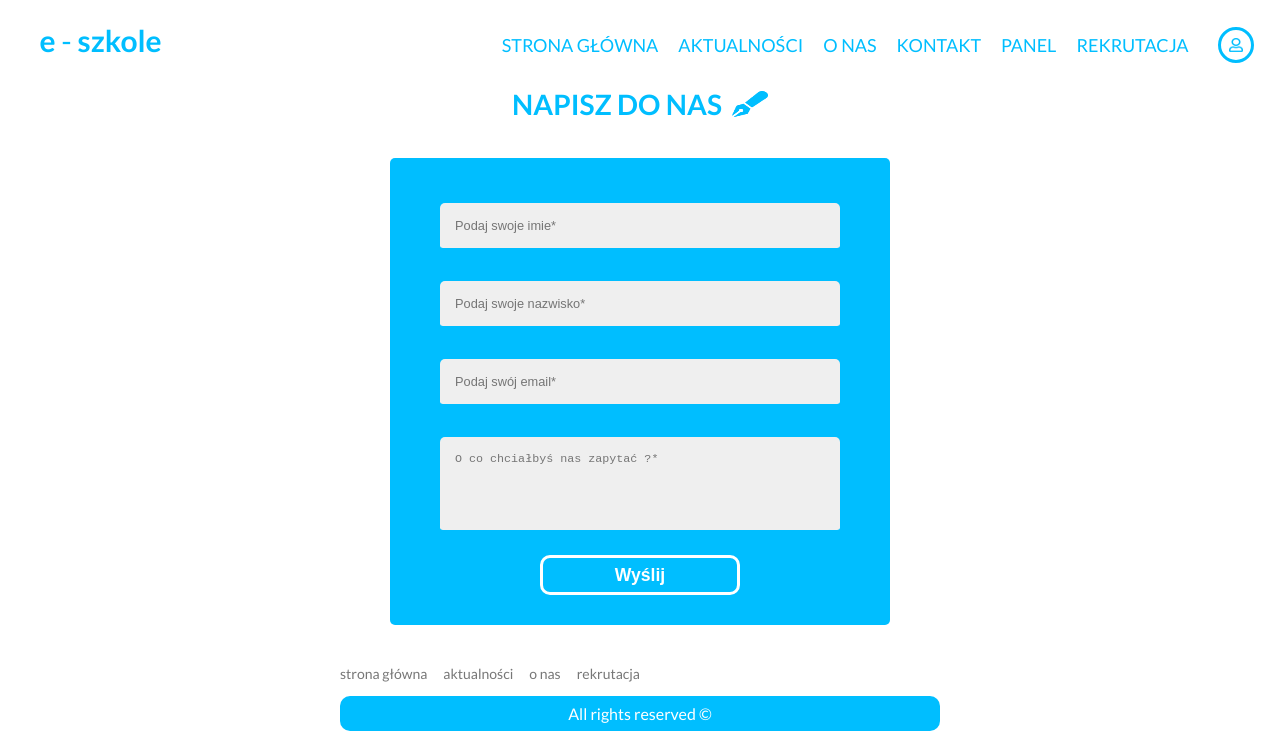
Repository: Votex874/e-szkole
Page: /kontakt (app in app/)
These files come from the project's save history. The page is drawn as it stood at one moment and after the next save; the edit follows.
The browser window is 1280 px wide. The pictures show the whole page.
The project was rebuilt for these pictures with package versions that can differ from the ones it lists, and the page was loaded fresh each time. Also part of the build but not shown: app/src/components/News/Title/index.js, app/src/components/News/Content/index.js, app/src/components/News/Avatar/index.js, app/src/components/News/Footer/index.js, app/src/components/News/index.js, app/src/components/AboutUs/Content/index.js, app/src/components/AboutUs/index.js, app/src/components/Graduates/ListItem/index.js and 20 more.

Above is the page before, as saved 2019-03-11 11:03:42.

After the next save:
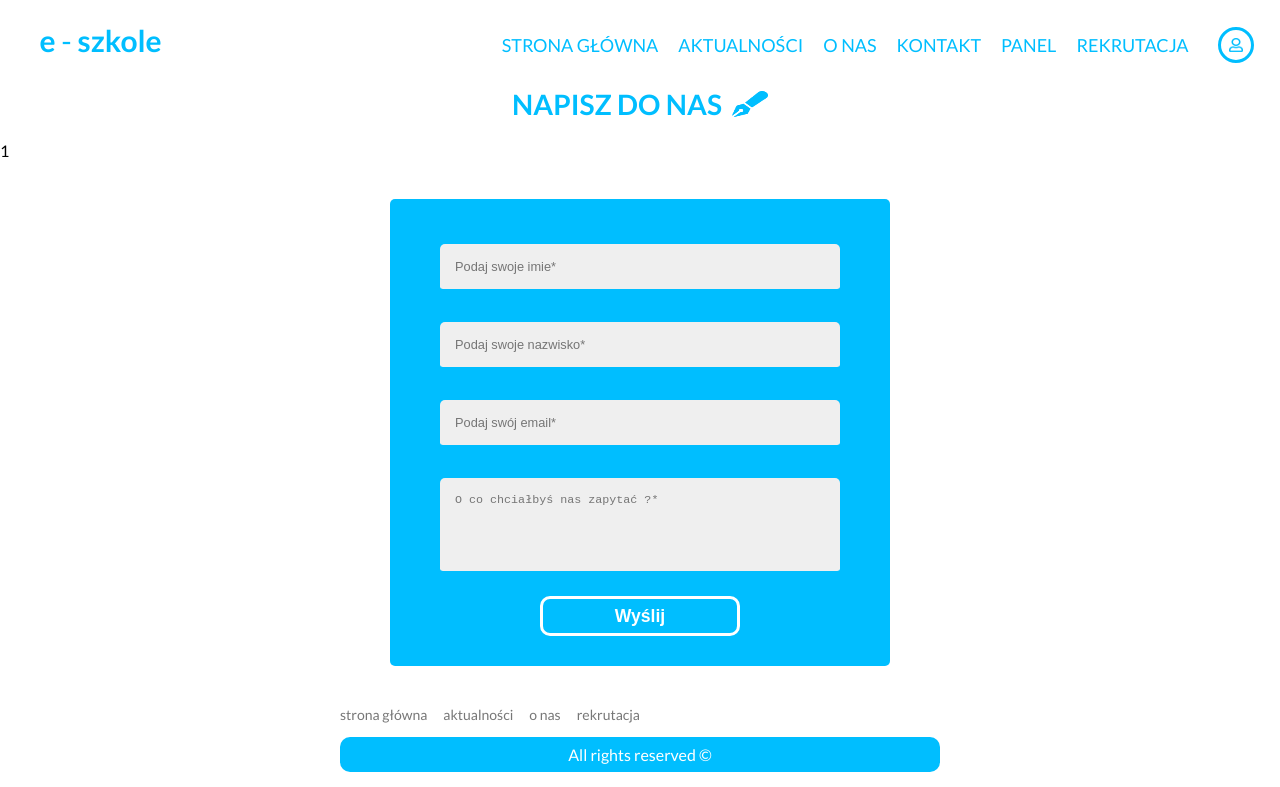
Saved 7 s later.
--- a/app/src/components/Form/index.js
+++ b/app/src/components/Form/index.js
@@ -6,6 +6,7 @@ import Textarea from './Textarea/index'
 import SectionTitle from '../SectionTitle/index'
 import PenIcon from '../../images/icons/pen.png'
 import MessageError from './MessageError/index'
+import MessageSuccess from './MessageSuccess/index'
 import { lightBlue } from '../../constColors'
 
 const FormContainer = styled.form`
@@ -136,7 +137,7 @@ class Form extends Component{
     return (
       <BoxShadowContainer>
         <SectionTitle title="Napisz do nas" img={PenIcon}/>
-
+        {validationError === 0 ? null : <MessageError />}
         <FormContainer onSubmit={this.handleValidation}>
           <Input name="name" type="text" placeholder='Podaj swoje imie*'
             onChange={this.handleChange}
